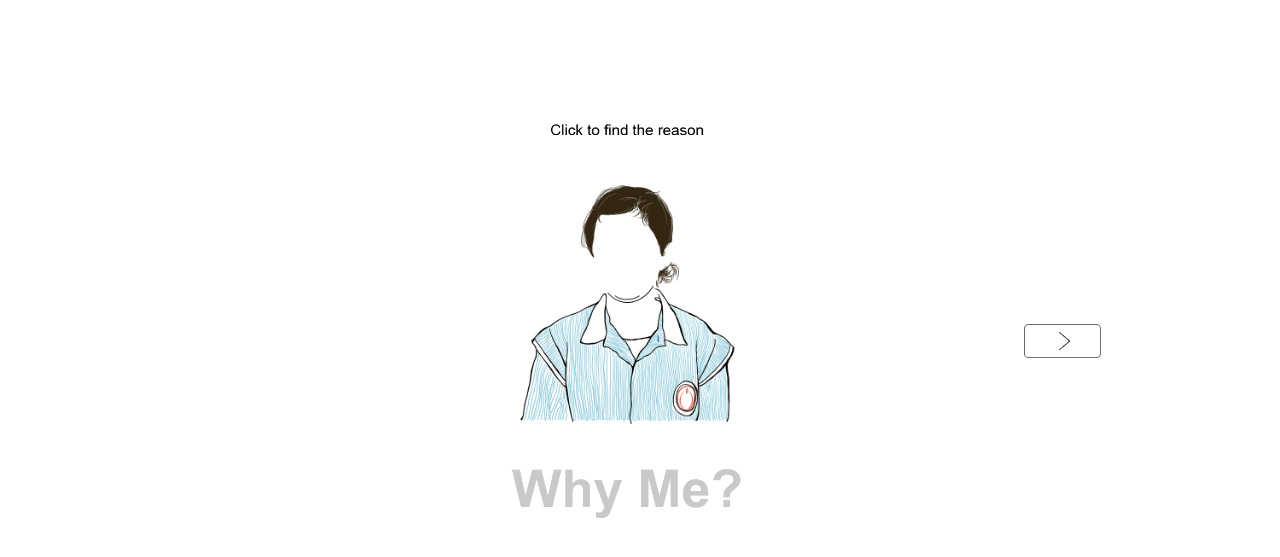
Repository: Lettie123/webpr4
Page: gen.html
An editor plug-in stored every save of this project. The page is shown before and after the next save, followed by the edit.
The browser window is 1280 px wide. The pictures show the whole page.

Above is the page before, as saved 2020-12-03 00:52:19.

After the next save:
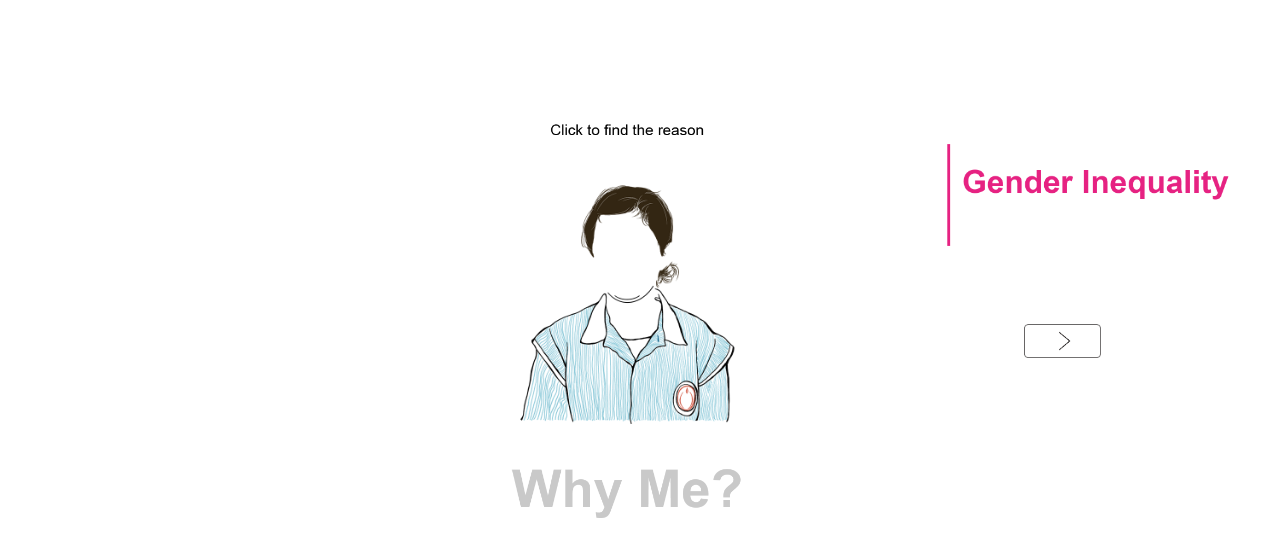
Saved 15 min 47 s later.
--- a/gen.html
+++ b/gen.html
@@ -329,21 +329,19 @@
         <div id="gens01" style="width: 22%; position:absolute; top:13%; left:74%">
             <img src="txt/gens01.png" style="width:100%;" >
         </div>
+        <div id="gens02" style="width: 22%; position:absolute; top:20%; left:74%">
+            <img src="txt/gens0.png" style="width:100%;" >
+        </div>
 
         <div id="gender01" style="display:none; width:30%; height:100%; top:45%; left:80%;" >
-            <div id="line02"></div>
-            <h1 style="font-size:36px; font-weight:bold; line-height: 20px; color: #E62281; position:absolute; top:34%; left:15%; ">
-                Gender Inequality
-            </h1>
+
             <h2 style="font-size:16px; font-weight:normal; line-height: 20px; color: #ffffff; position:absolute; top:42%; left:16%; text-align: justify; ">
                 Dincrimination in National laws
             </h2>
             <h3 style="font-size:16px; font-weight:normal; line-height: 24px; color: #ffffff; position:absolute; top:60%; left:15%; text-align: justify;  ">
                 Discrimination on gender in nationality laws means not granting women equality with men in conferring nationality to their children.
             </h3>
-            <!-- <div id="gens01" style="width: 20%; position:absolute; top:4%; left:74">
-                <img src="txt/gens01.png" style="width:100%;" >
-            </div> -->
+
             <h4 style="font-size:16px; font-style:italic;font-weight:normal; line-height: 24px; color: #ffffff; position:absolute; top:75%; left:15%; text-align: justify;  ">
                 Hover on the maps to see the detail.
             </h4>
